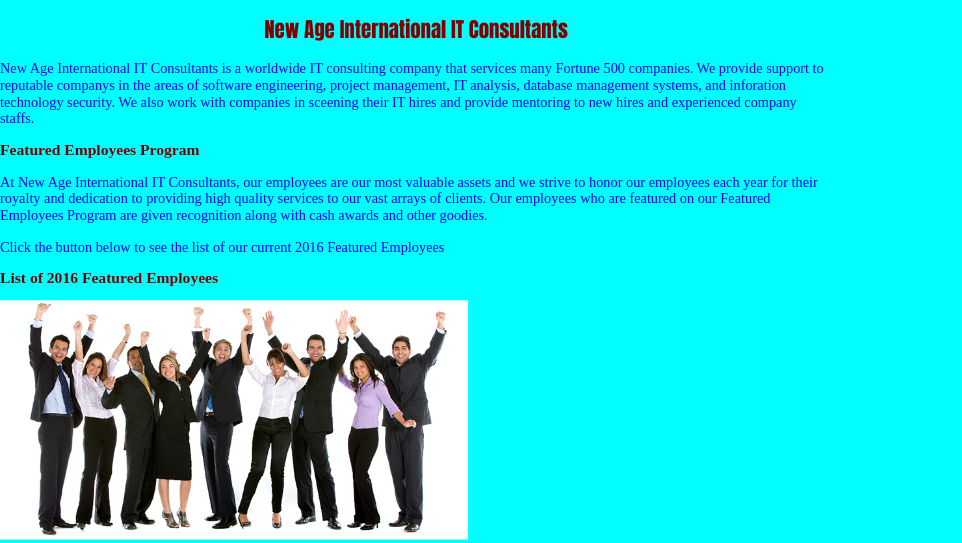
Repository: myjavaweb2/Week5JDBCAssignments
Page: myweek4project/src/main/webapp/employee.html
The author's editor kept a copy of each file at every save. The page is drawn from the files as they stood at one save, then again after the next save.
The browser window is 1280 px wide. The page is 1280 px wide, then 1480 px, so the pictures cover 1480 px, including what lies to the right of the window. The pictures show the whole page, at 65% of full size.

Above is the page before, as saved 2016-08-30 17:53:07.

After the next save:
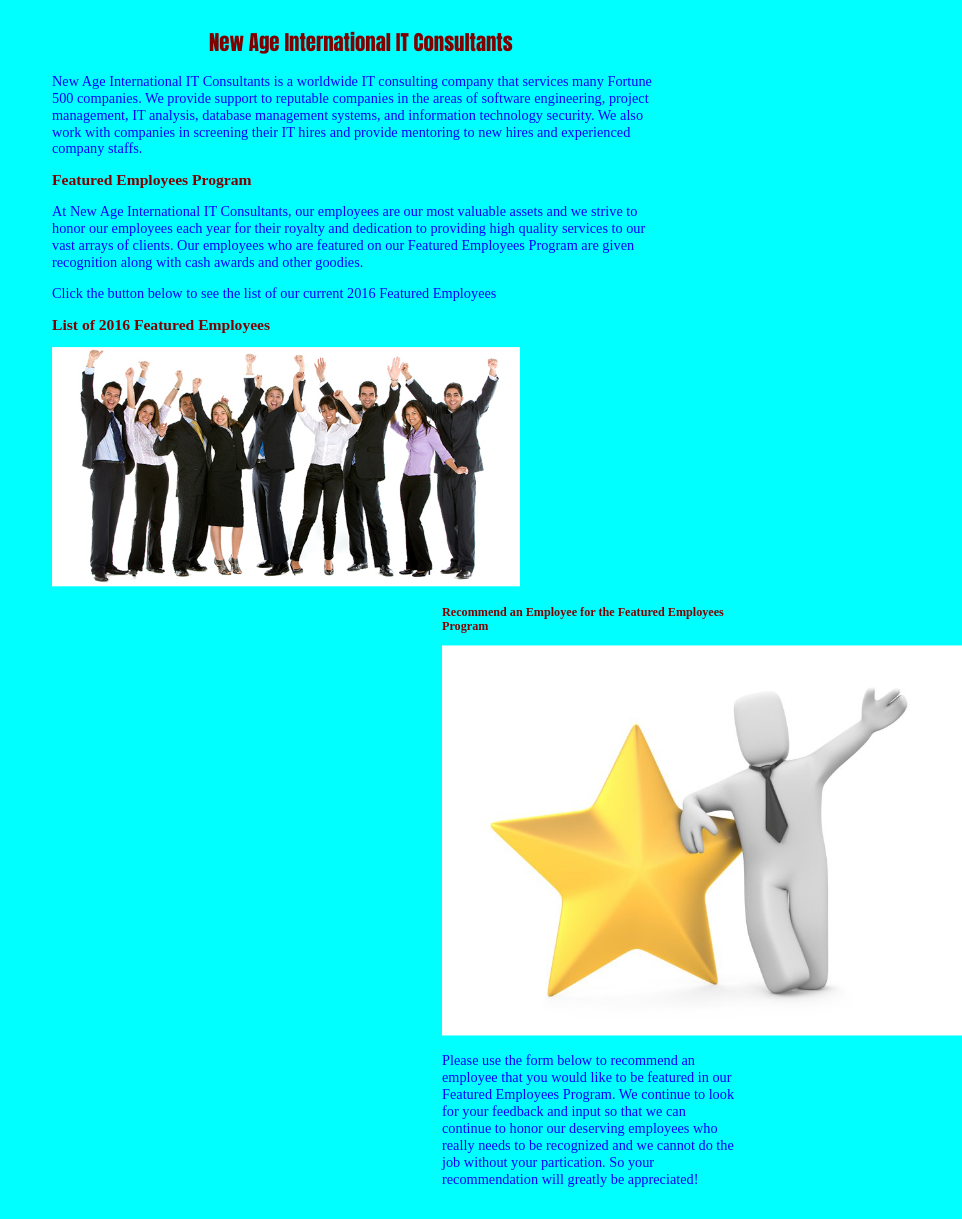
Saved 10 min 3 s later.
--- a/myweek4project/src/main/webapp/employee.html
+++ b/myweek4project/src/main/webapp/employee.html
@@ -8,12 +8,13 @@
 </head>
 <body>
 
+<main>
 <h1>New Age International IT Consultants</h1>
 <p>New Age International IT Consultants is a worldwide IT consulting company
 that services many Fortune 500 companies. We provide support to reputable
-companys in the areas of software engineering, project management, IT analysis,
-database management systems, and inforation technology security. We also work
-with companies in sceening their IT hires and provide mentoring to new hires
+companies in the areas of software engineering, project management, IT analysis,
+database management systems, and information technology security. We also work
+with companies in screening their IT hires and provide mentoring to new hires
 and experienced company staffs.</p>
 
 <h2>Featured Employees Program</h2>
@@ -24,12 +25,31 @@ Our employees who are featured on our Featured Employees Program are given
 recognition along with cash awards and other goodies.</p>
 
 
+
+
 <p>Click the button below to see the list of our current 2016 Featured Employees</p>
 
 <h2>List of 2016 Featured Employees</h2>
 
 <img alt="2016 Featured Employees" src="images/employees.jpg">
 
+</main>
+
+<aside>
+<h3>Recommend an Employee for the Featured Employees Program</h3>
+
+<img alt="2016 Featured Employees" src="images/employee_pride.jpg">
+
+<p>Please use the form below to recommend an employee that you would like to be
+featured in our Featured Employees Program. We continue to look for your feedback
+and input so that we can continue to honor our deserving employees who really
+needs to be recognized and we cannot do the job without your partication.
+So your recommendation will greatly be appreciated!</p>
+</aside>
+
+<footer>
+
+</footer>
 
 </body>
 </html>
